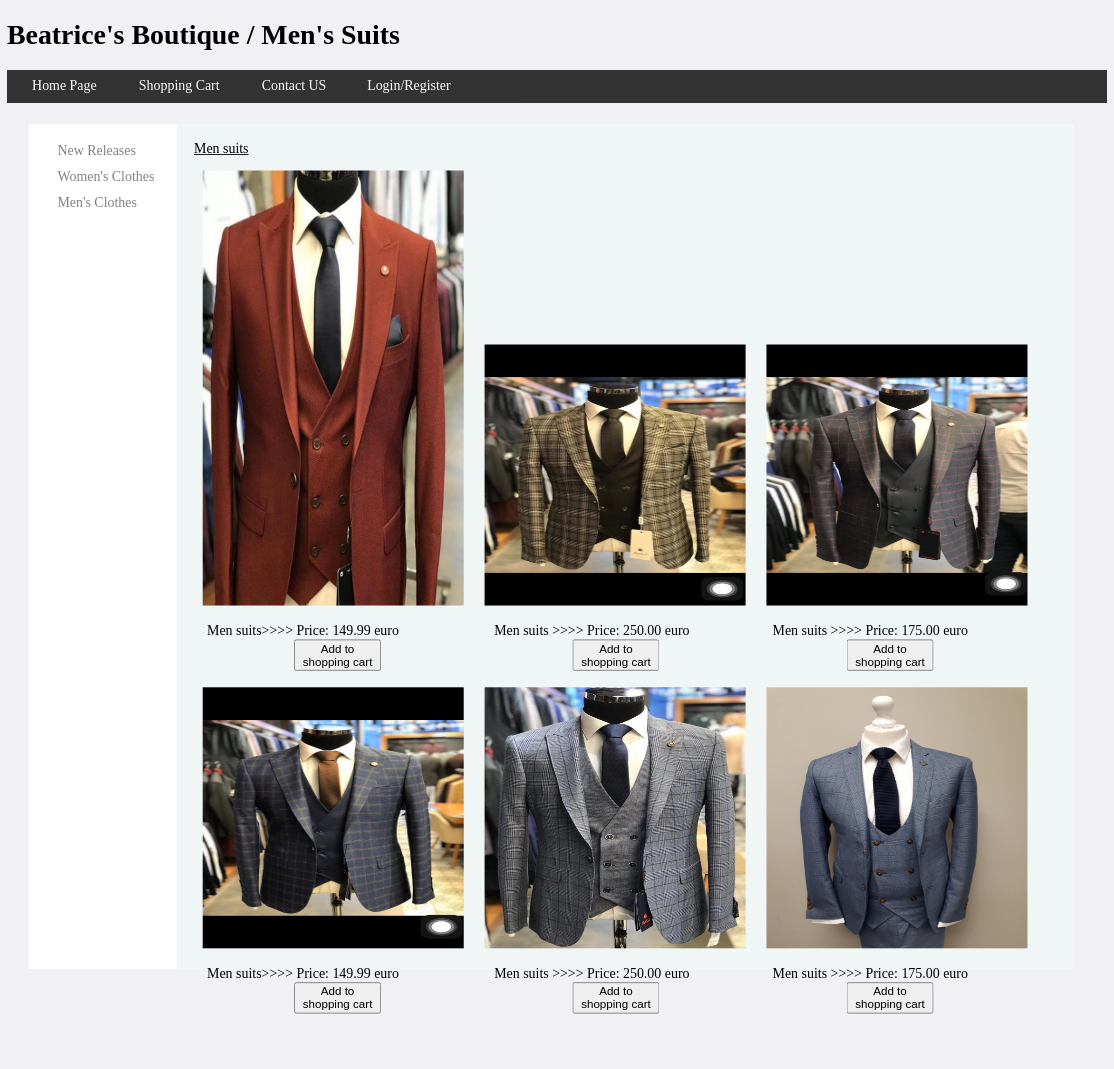
Repository: IosifDobos/Beatrice-Boutique
Page: BeatriceBoutique/Java/WorkSpace/BeatriceBoutique/WebContent/mensClothes.html
These files come from the project's save history. The page is drawn as it stood at one moment and after the next save; the edit follows.
The browser window is 1280 px wide. The pictures show the whole page, at 87% of full size.

Above is the page before, as saved 2018-12-05 14:27:47.

After the next save:
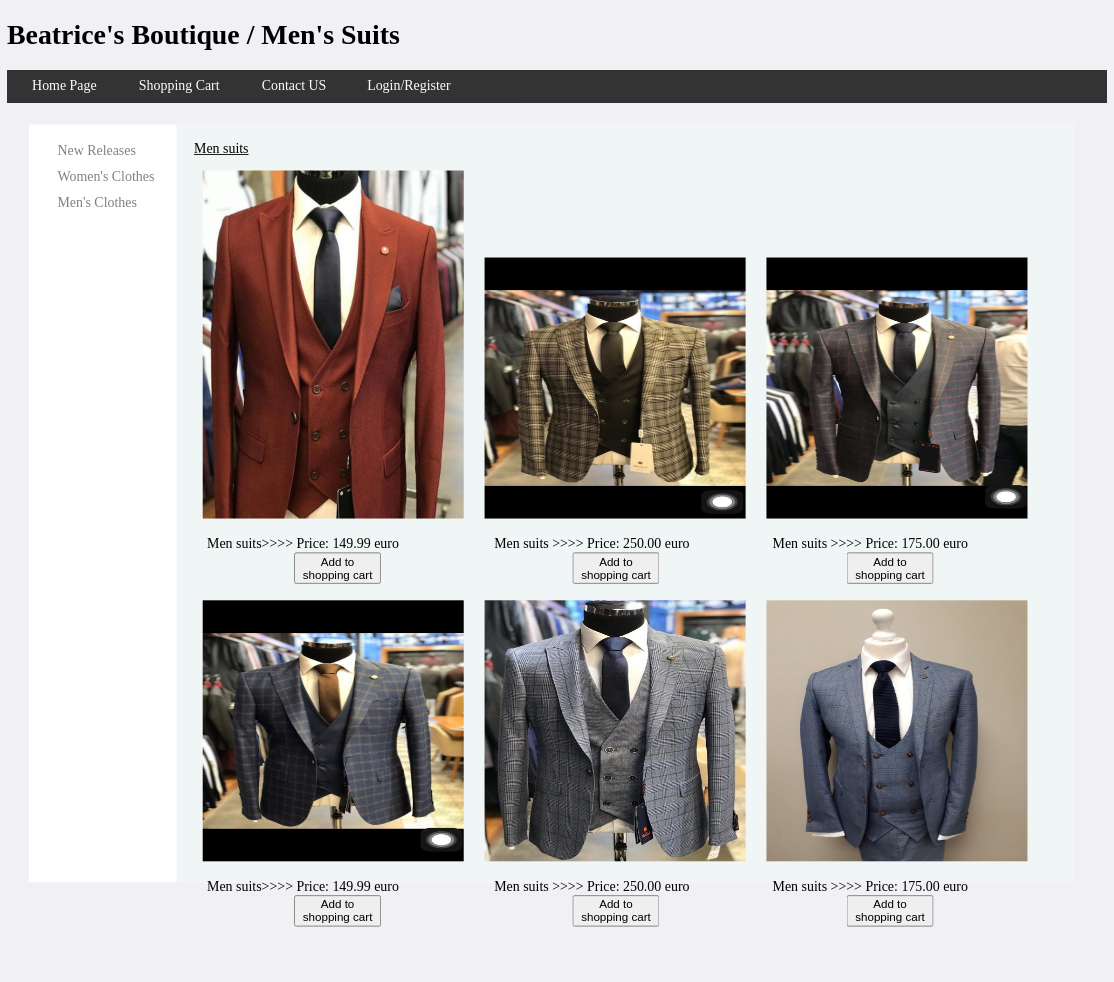
Saved 15 s later.
--- a/BeatriceBoutique/Java/WorkSpace/BeatriceBoutique/WebContent/mensClothes.html
+++ b/BeatriceBoutique/Java/WorkSpace/BeatriceBoutique/WebContent/mensClothes.html
@@ -28,7 +28,7 @@
 		<div id="right-side">
 			<p><u>Men suits</u></p>
 
-			<img alt="dress" src="mens-img/download.jpeg" width="300" height="500" style="margin-left: 10px;">
+			<img alt="dress" src="mens-img/download.jpeg" width="300" height="400" style="margin-left: 10px;">
 
 			<img alt="dress1" src="mens-img/Fatih_Grey+Check-Black.jpg" width="300" height="300" style="margin-left: 20px;">
 
